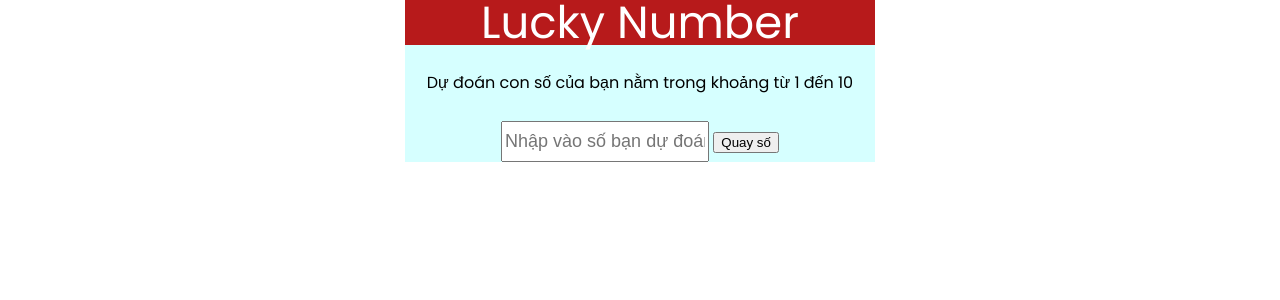
Repository: whis16720/PhuNguyen-C4EJS-D15
Page: index.html
An editor plug-in stored every save of this project. The page is shown before and after the next save, followed by the edit.
The browser window is 1280 px wide. The pictures show the whole page.
The style sheet was rebuilt from its Sass, Less or Tailwind sources for each picture, by a compiler version that may differ from the author's.

Above is the page before, as saved 2020-09-22 19:48:03.

### index.html
<!DOCTYPE html>
<html lang="en">
<head>
	<meta charset="UTF-8">
	<meta name="viewport" content="width=device-width, initial-scale=1.0">
	<title>Document</title>
	<link rel="stylesheet" href="style.css">
	<link rel="stylesheet" href="reset.css">
	<link href="https://fonts.googleapis.com/css2?family=Poppins:wght@200;300;400;600;700&display=swap" rel="stylesheet">
	<script src="index.js"></script>
</head>
<body>
	<div class="game">
		<h1 class="game__name">Lucky Number</h1>
		<p class="game__details">Dự đoán con số của bạn nằm trong khoảng từ 1 đến 10</p>
		<form class="game__play">
			<input type="text" placeholder="Nhập vào số bạn dự đoán" class="game__input">
			<button class="game__btn">Quay số</button>
		</form>

	</div>
</body>
</html>

### style.scss
.game {
  font-family: "Poppins", sans-serif;
  width: 470px;
  margin: auto;
  background-color: #d6ffff;
  &__name {
    text-align: center;
    font-size: 45px;
    background-color: #b71a1b;
    color: white;
    margin-bottom: 30px;
  }
  &__details {
    text-align: center;
    margin-bottom: 30px;
  }
  &__play {
    text-align: center;
  }
  &__input {
    width: 200px;
    height: 35px;
    font-size: 18px;
  }
  &__btn {

  }
}

Loaded but not shown: reset.css (common file); index.js (no copy from this time; the picture is the same without it)

After the next save:
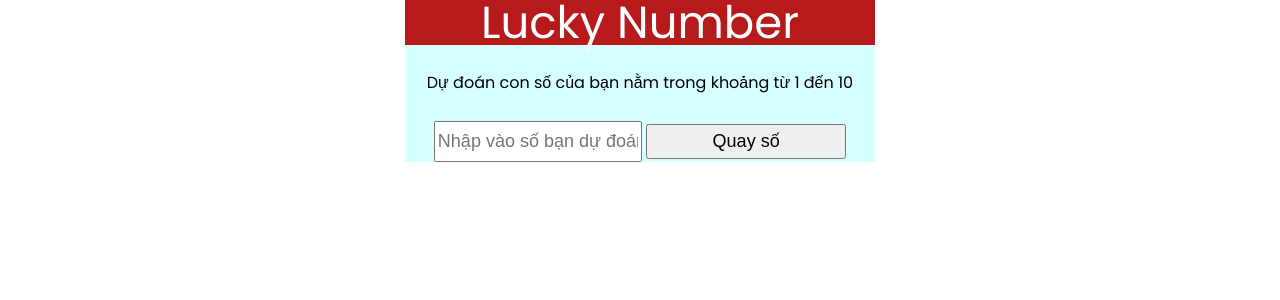
Saved 5 s later.
--- a/style.scss
+++ b/style.scss
@@ -23,6 +23,8 @@
     font-size: 18px;
   }
   &__btn {
-
+	width: 200px;
+    height: 35px;
+    font-size: 18px;
   }
 }
